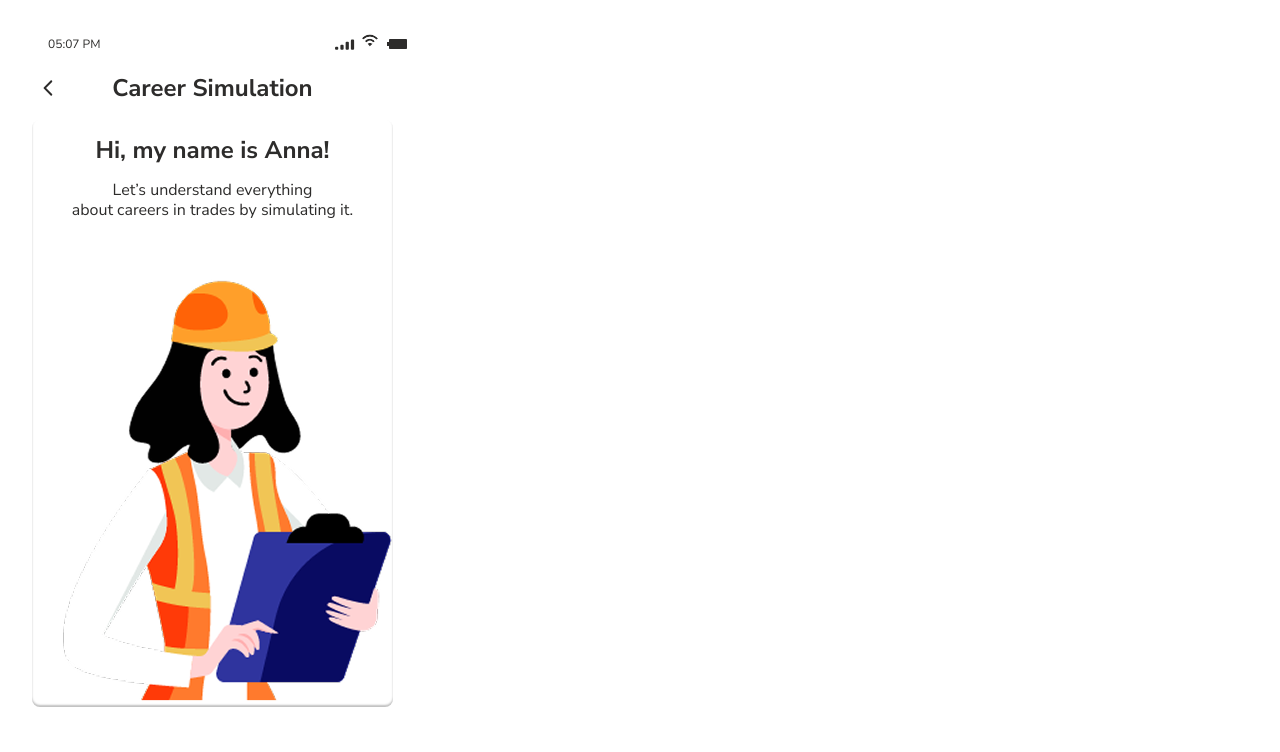
Repository: daniel-liu01/week10books
Page: /
An editor plug-in stored every save of this project. The page is shown before and after the next save, followed by the edit.
The browser window is 1280 px wide. The pictures show the whole page.
The project was rebuilt for these pictures with package versions that can differ from the ones it lists, and the page was loaded fresh each time. Also part of the build but not shown: vite.config.js, vite.config.ts, src/App.css.

Above is the page before, as saved 2025-10-17 18:15:45.

After the next save:
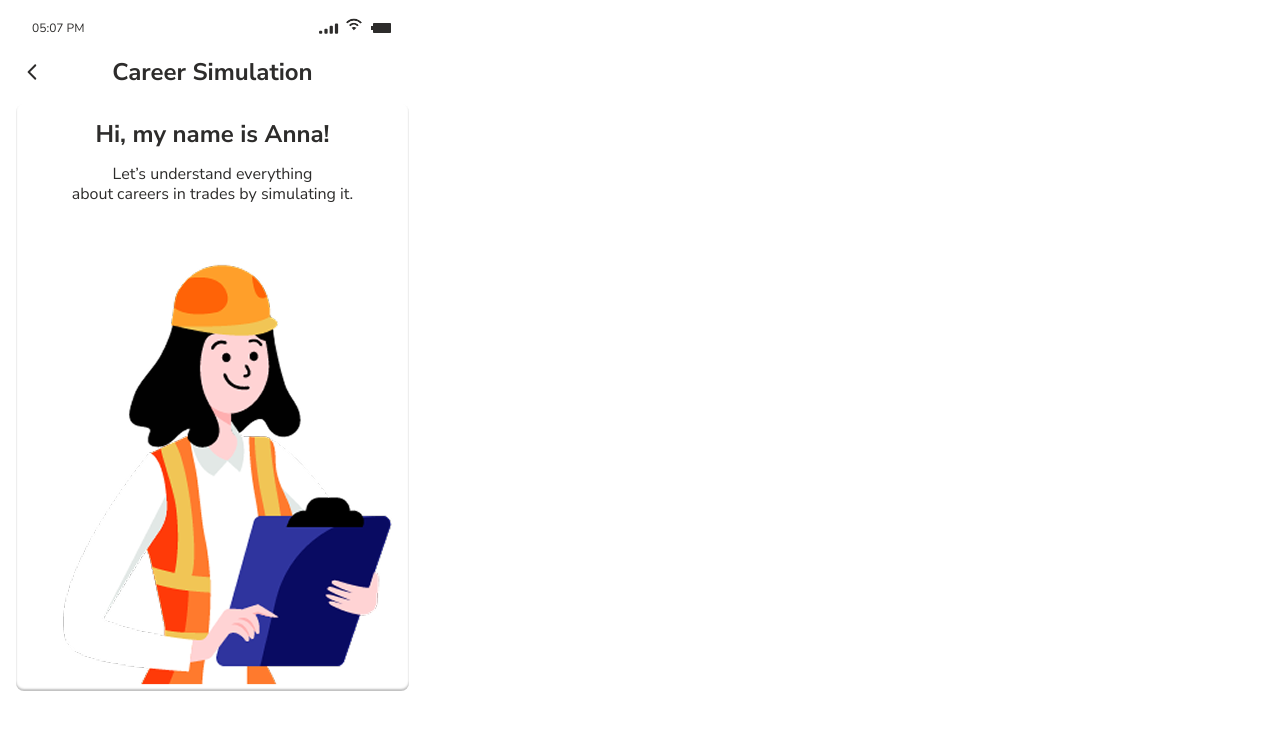
Saved 26 s later.
--- a/app/Simulation/Simulation.module.css
+++ b/app/Simulation/Simulation.module.css
@@ -2,5 +2,4 @@
     display: flex;
     flex-direction: column;
     gap: var(--space-regular); /* 16px */
-    padding: var(--space-regular); /* opcional: adiciona respiro interno */
 }
